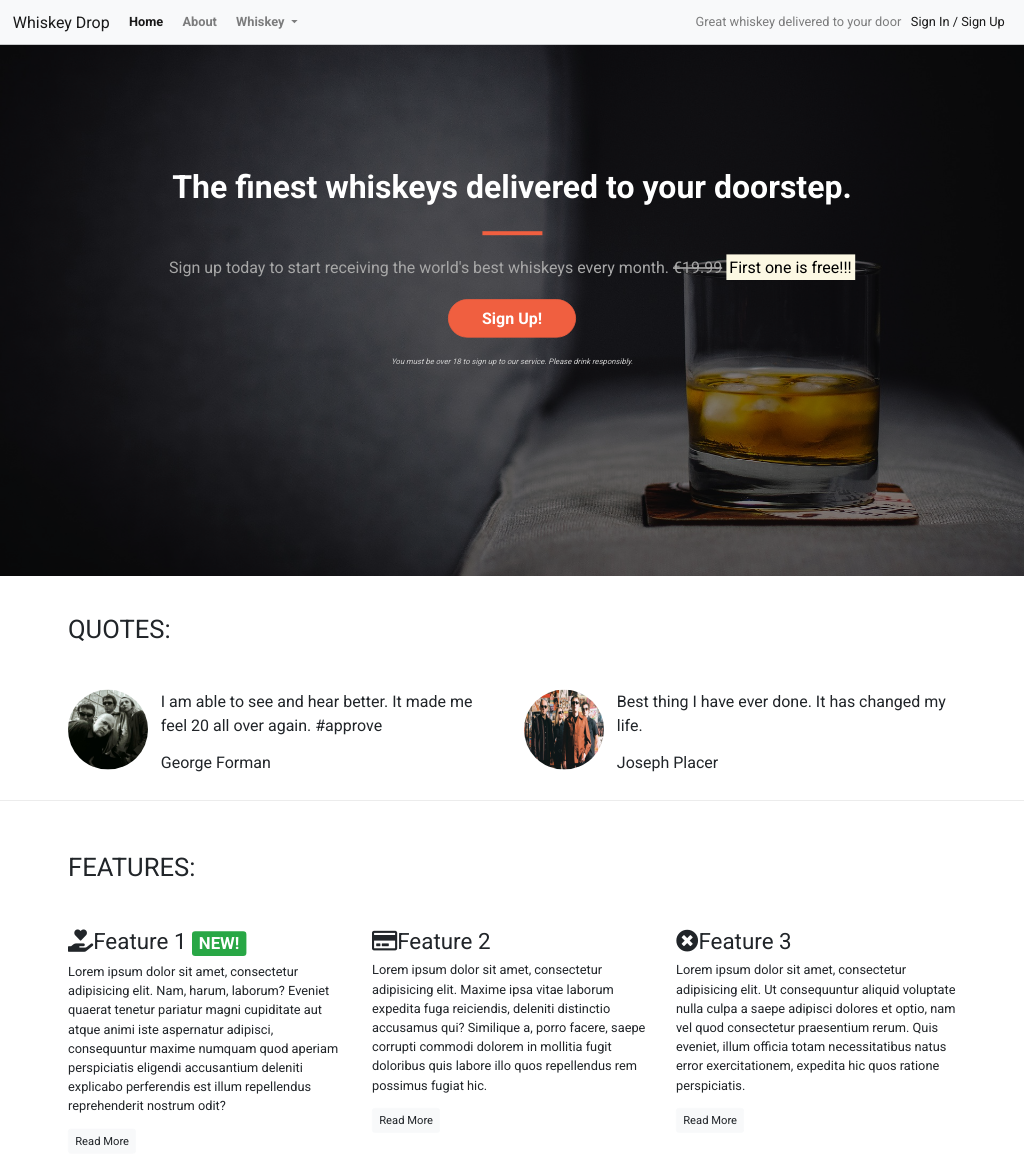
Repository: NamcorStudent/Dropdown-css
Page: bootstrap-whiskey/bootstrap.html
The author's editor kept a record of every edit. The page is drawn from the files as they stood at one moment, then again after the next edit.
The browser window is 1280 px wide. The pictures show the whole page, at 80% of full size.
Backgrounds fixed to the window are drawn as part of the page. Some web libraries are served in a nearby version.

Above is the page before.
Console error: TypeError: Cannot read properties of undefined (reading 'fn')

After the next edit:
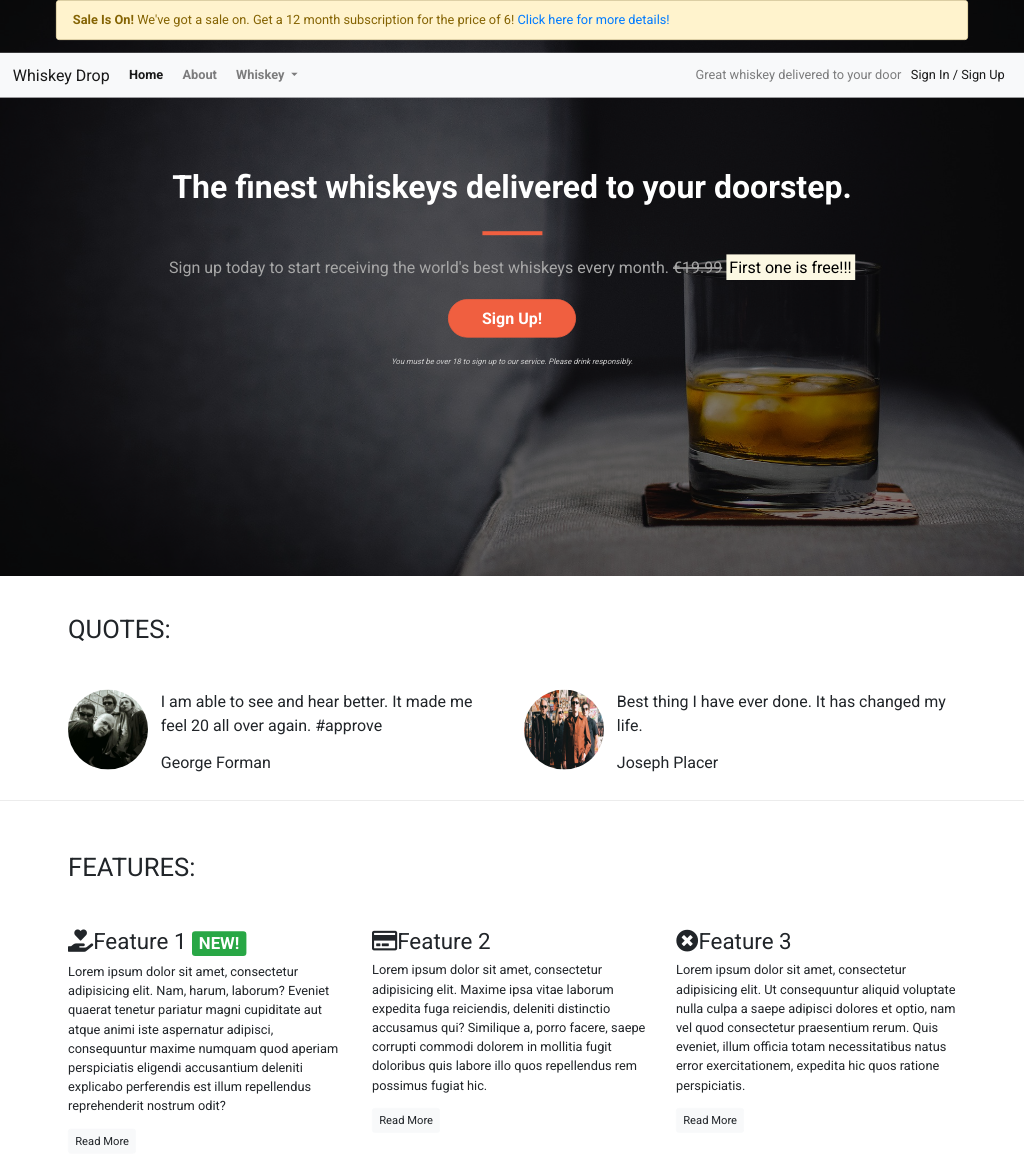
The edit:
--- a/bootstrap-whiskey/bootstrap.html
+++ b/bootstrap-whiskey/bootstrap.html
@@ -15,11 +15,20 @@
 
 <body>
     <div class="container-fluid navalert-container">
+        <div class="container alert-container">
+            <div class="row d-none d-sm-block">
+                <div class="col-12">
+                    <div class="alert alert-warning"><strong>Sale Is On!</strong> We've got a sale on. Get a 12 month subscription for the price of 6!
+                        <a href="">Click here for more details!</a>
+                    </div>
+                </div>
+            </div>
+        </div>
         <nav class="navbar navbar-light bg-light navbar-expand-sm">
-            <a href="/logo" class="navbar-brand">Whiskey Drop</a>
-            <button class="navbar-toggler" type="button" data-toggle="collapse" data-target="#navbarTogglerDropdown" aria-controls="navbarTogglerDemo02" aria-expanded="false" aria-label="Toggle navigation">
-    <span class="navbar-toggler-icon"></span>
-  </button>
+        <a href="/logo" class="navbar-brand">Whiskey Drop</a>
+        <button class="navbar-toggler" type="button" data-toggle="collapse" data-target="#navbarTogglerDropdown" aria-controls="navbarTogglerDemo02" aria-expanded="false" aria-label="Toggle navigation">
+            <span class="navbar-toggler-icon"></span>
+        </button>
 
             <div class="collapse navbar-collapse" id="navbarTogglerDropdown">
                 <ul class="navbar-nav mr-auto">
